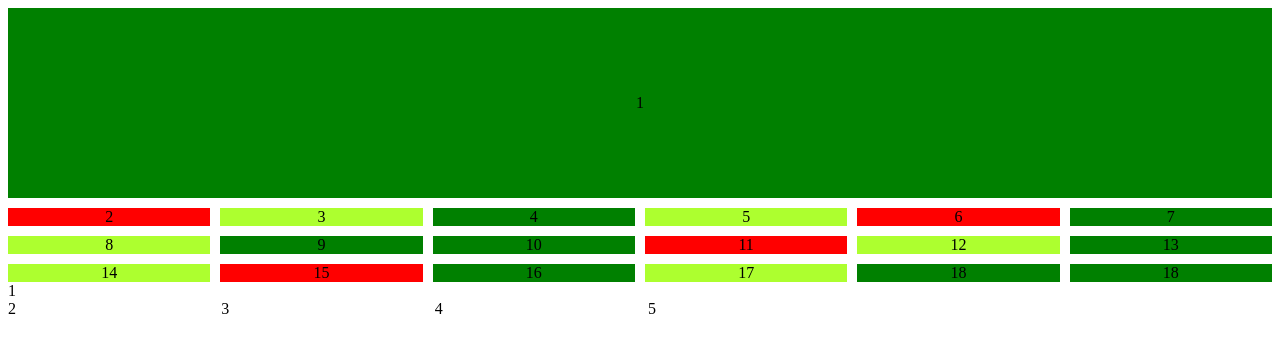
Repository: motiejus1/09-paskaita-05.31
Page: index.html
These files come from the project's save history. The page is drawn as it stood at one moment and after the next save; the edit follows.
The browser window is 1280 px wide. The pictures show the whole page.

Above is the page before, as saved 2021-06-15 19:58:53.

### index.html
<!DOCTYPE html>
<html lang="en">
<head>
    <meta charset="UTF-8">
    <meta http-equiv="X-UA-Compatible" content="IE=edge">
    <meta name="viewport" content="width=device-width, initial-scale=1.0">
    <title>9 paskaita</title>
    <style>
        .grid-container {
            display: grid;
            grid-template-columns: auto auto auto auto auto auto;
            grid-column-gap: 10px ;
            grid-row-gap: 10px ;
        }

        .zalia {
            background-color: green;
        }

        .raudona {
            background-color: red;
        }

        .geltona {
            background: greenyellow;
        }

        .grid-item-1 {
            /* grid-column-start: 1 ;
            grid-column-end: 3 ; */

            grid-column: 1 / span 6;

            grid-row: 1 / span 20;
        }

        /* .grid-item-2 {
            grid-column-start: 1 ;
            grid-column-end: 3 ;
            grid-row-start: 3;
            grid-row-end: 25 ;
        } */

        .grid-item {
            display:grid;
            justify-content: center;
            align-items: center;
        }
        .flex-container {
            display:flex;
            justify-content: center;
            align-items: center;
        }

        .grid-container-1 {
            display: grid;
            grid-template-areas: 'pirmas pirmas pirmas pirmas pirmas pirmas' ;
        }
        .grid-element-1 {
            grid-area: pirmas;
        }
    </style>
</head>
<body>
    <div class="grid-container">
        <div class="grid-item grid-item-1 zalia">
            1
        </div>
        <div class="grid-item grid-item-2 raudona">
            2
        </div>
        <div class="grid-item grid-item-3 geltona">3</div>
        <div class="grid-item grid-item-4 zalia">4</div>
        <div class="grid-item geltona">5</div>
        <div class="grid-item raudona">6</div>
        <div class="grid-item zalia">7</div>
        <div class="grid-item geltona">8</div>
        <div class="grid-item zalia">9</div>
        <div class="grid-item zalia">10</div>
        <div class="grid-item raudona">11</div>
        <div class="grid-item geltona">12</div>
        <div class="grid-item zalia">13</div>
        <div class="grid-item geltona">14</div>
        <div class="grid-item raudona">15</div>
        <div class="grid-item zalia">16</div>
        <div class="grid-item geltona">17</div>
        <div class="grid-item zalia">18</div>
        <div class="flex-container zalia">18</div>
    </div>

    <div class="grid-container-1">
        <div class="grid-element-1">1</div>
        <div class="grid-element-2">2</div>
        <div class="grid-element-3">3</div>
        <div class="grid-element-4">4</div>
        <div class="grid-element-5">5</div>
    </div>

</body>
</html>

After the next save:
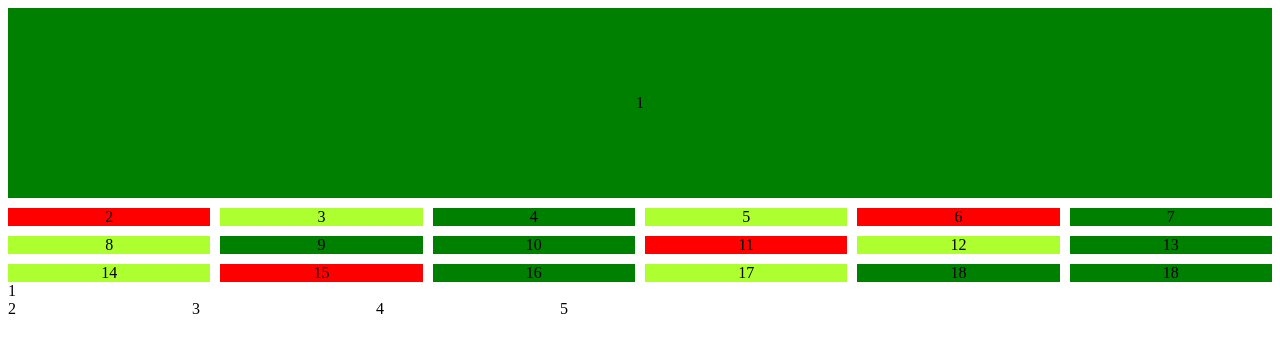
Saved 65 s later.
--- a/index.html
+++ b/index.html
@@ -54,7 +54,7 @@
 
         .grid-container-1 {
             display: grid;
-            grid-template-areas: 'pirmas pirmas pirmas pirmas pirmas pirmas' ;
+            grid-template-areas: 'pirmas pirmas pirmas pirmas pirmas pirmas pirmas' ;
         }
         .grid-element-1 {
             grid-area: pirmas;
